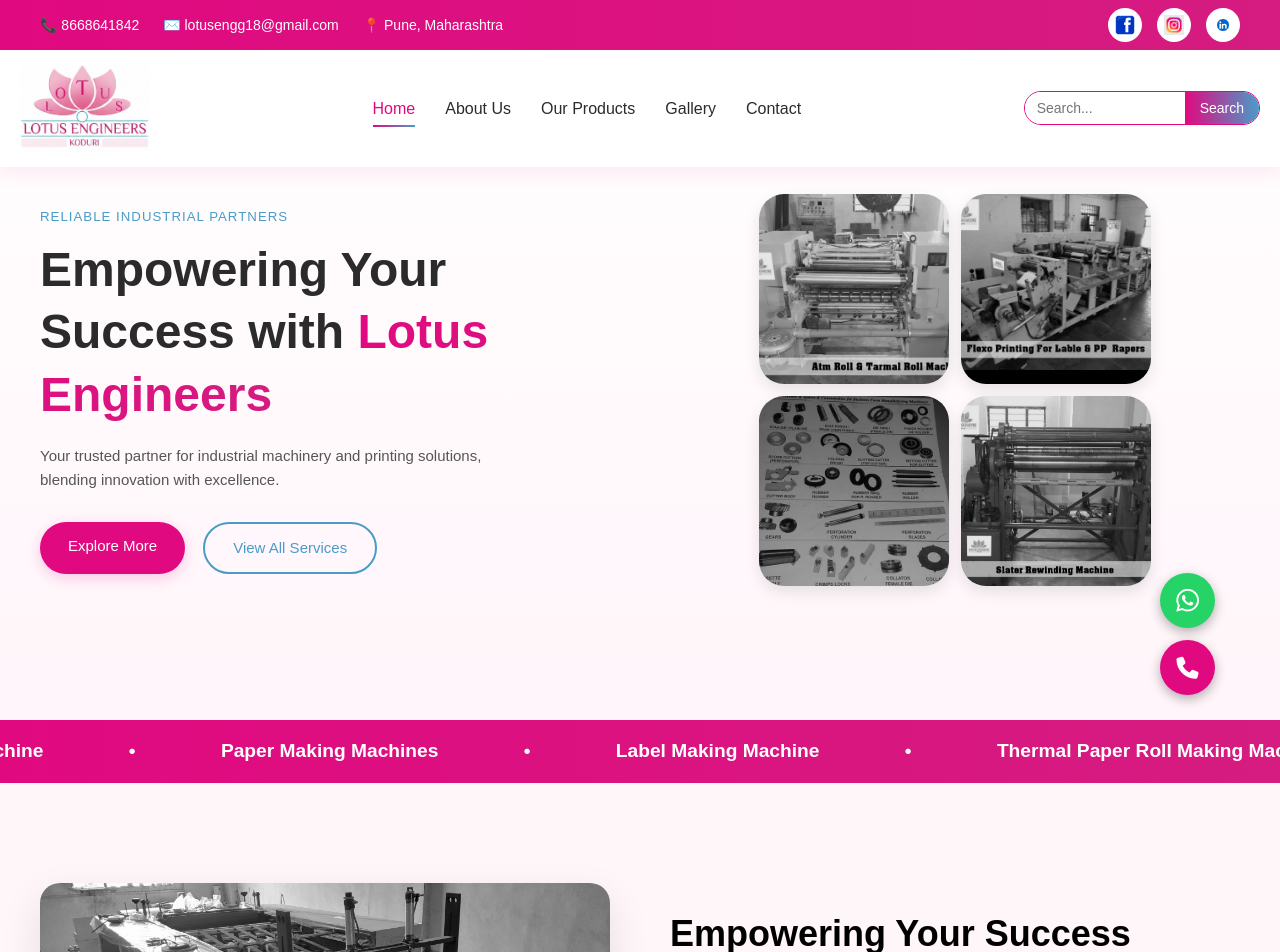
Repository: Khushichugh14/lotus-engineers
Page: index.html
The author's editor kept a copy of each file at every save. The page is drawn from the files as they stood at one save, then again after the next save.
The browser window is 1280 px wide. The pictures show the part of the page from y = 0 to 952 px (the page is 4456 px tall).
A picture or video elsewhere on the page could not be fetched, so the positions and the page height are approximate.

Above is the page before, as saved 2025-12-24 15:09:17.

### index.html
<!DOCTYPE html>
<html lang="en">

<head>
  <meta charset="UTF-8" />
  <meta name="viewport" content="width=device-width, initial-scale=1.0" />
  <title>Lotus Engineers</title>
  <link rel="stylesheet" href="style.css" />
  <script src="script.js" defer></script>
  <!-- Font Awesome Icons -->
  <link rel="stylesheet" href="navbar.css" />
  <script src="navbar.js" defer></script>
  <link rel="stylesheet" href="footer.css" />
  <link rel="stylesheet" href="https://cdnjs.cloudflare.com/ajax/libs/font-awesome/6.5.1/css/all.min.css" />


</head>

<body>




  <!-- ===== Hero Section ===== -->
  <section id="home" class="hero">
    <div class="hero-container">
      <!-- Left Content -->
      <div class="hero-left">
        <h5>Reliable Industrial Partners</h5>
        <h1>Empowering Your Success with <span>Lotus Engineers</span></h1>
        <p>
          Your trusted partner for industrial machinery and printing solutions,
          blending innovation with excellence.
        </p>
        <div class="hero-buttons">
          <a href="#products" class="btn primary">Explore More</a>
          <a href="#about" class="btn secondary">View All Services</a>
        </div>
      </div>

      <!-- Right Image Grid -->
      <div class="hero-right">
        <div class="image-grid">
          <img src="images/atm-1.jpeg.jpg" alt="">
          <img src="images/flexo-label-printing-machine (1).jpg" alt="">
          <img src="images/WhatsApp Image 2025-11-14 at 11.52.01_70df9b95.jpg" alt="">
          <img src="images/slater-.jpeg.jpg" alt="">
        </div>

      </div>
    </div>
  </section>


  <section class="product-strip">
    <div class="scrolling-wrapper">
      <div class="scrolling-content">
        <span>Cutting Machine</span>
        <span>•</span>
        <span>Printing Machine</span>
        <span>•</span>
        <span>Paper Making Machines</span>
        <span>•</span>
        <span>Label Making Machine</span>
        <span>•</span>
        <span>Thermal Paper Roll Making Machine</span>
        <span>•</span>
        <span>Flexographic Printing Machine</span>
        <span>•</span>
        <span>Slitter Rewinder Machine</span>
        <span>•</span>
        <span>Die Cutting Machine</span>
        <span>•</span>
        <span>Sheet Cutting Machine</span>
        <span>•</span>
        <span>Packaging Label Machine</span>
        <span>•</span>
        <span>Automatic Labeling Machine</span>
        <span>•</span>
        <span>Paper Cutting Machine</span>
        <span>•</span>
      </div>
    </div>
  </section>

  <!-- ===== About Us Section ===== -->
  <section id="about" class="about">
    <div class="about-container">
      <!-- LEFT SIDE IMAGES -->
      <div class="about-left">
        <div class="img-top">
          <img src="images/product-jpeg (1).jpg" alt="Team Discussion" />
        </div>
        <div class="img-bottom">
          <img src="images/rotary-die-cutting-machine.jpg" alt="Business Meeting" />
        </div>
      </div>

      <!-- RIGHT SIDE CONTENT -->
      <div class="about-right">
        <h2>Empowering Your Success<br /><span>with Digital Expertise</span></h2>
        <p>
          Established in <strong>2017</strong>, <strong>Lotus Engineers</strong> is a trusted manufacturer and supplier
          of
          <strong>A4 Size Copier Paper</strong>, <strong>Paper Cutting Machines</strong>, and
          <strong>Thermal Paper Rolls</strong>. Based in Pune, Maharashtra, we focus on
          innovation, quality, and long-term customer partnerships to deliver excellence in
          every product.
        </p>

        <div class="progress-section">
          <div class="progress-item">
            <div class="label">
              <strong>Manufacturing Excellence</strong> <span>85%</span>
            </div>
            <div class="progress-bar">
              <div class="progress" style="width: 85%"></div>
            </div>
          </div>

          <div class="progress-item">
            <div class="label">
              <strong>Innovation & Quality</strong> <span>90%</span>
            </div>
            <div class="progress-bar">
              <div class="progress" style="width: 90%"></div>
            </div>
          </div>

          <div class="progress-item">
            <div class="label">
              <strong>Customer Satisfaction</strong> <span>95%</span>
            </div>
            <div class="progress-bar">
              <div class="progress" style="width: 95%"></div>
            </div>
          </div>
        </div>
        <a href="#about-us" class="btn-about">About Us →</a>
      </div>
    </div>
  </section>

  <!-- ===== Why Choose Us Section ===== -->
  <section id="why-us" class="why-choose-us">
    <div class="wcu-container">
      <div class="wcu-left">
        <div class="finix-text">
          <h6>Transparent process</h6>
          <h2>Why people choose us</h2>
          <p>We follow a clear end‑to‑end process: consult, design, manufacture, install, and support. Timelines are
            shared upfront, quality is documented, and communication stays transparent at every step.</p>
          <div class="wcu-media">
            <img src="https://raw.githubusercontent.com/farazc60/Project-Images/main/why_choose_us.png"
              alt="Why choose us image">
          </div>
        </div>
      </div>
      <div class="wcu-right">
        <div class="wcu-features">
          <div class="feature-box">
            <div class="feature-box-content">
              <div class="fbc-btn"><span>✓</span></div>
              <h3>Quality Assurance</h3>
              <p>ISO-aligned checks, component testing, and trial runs ensure dependable performance.</p>
            </div>
          </div>
          <div class="feature-box">
            <div class="feature-box-content">
              <div class="fbc-btn"><span>⏱</span></div>
              <h3>On-time Delivery</h3>
              <p>Committed schedules backed by planned production and reliable logistics.</p>
            </div>
          </div>
          <div class="feature-box">
            <div class="feature-box-content">
              <div class="fbc-btn"><span>🛠</span></div>
              <h3>PAN‑India Service</h3>
              <p>Installation, training, and responsive after‑sales support across India.</p>
            </div>
          </div>
          <div class="feature-box active-feature">
            <div class="feature-box-content">
              <div class="fbc-btn"><span>₹</span></div>
              <h3>Transparent Pricing</h3>
              <p>Fair quotations with no hidden costs and clear total‑cost ownership.</p>
            </div>
          </div>
        </div>
      </div>
    </div>
  </section>

  <!-- ===== Products Section ===== -->
  <section id="products" class="products">
    <div class="products-head">
      <h2>Our Products</h2>
      <p>Precision-built machinery for modern manufacturing.</p>
    </div>
    <div class="product-grid premium">
      <div class="product-card glass">
        <div class="pc-img">
          <img src="images/rotary-die-cutting-machine.jpg" alt="Rotary Die Cutting Machine" />
          <span class="pc-tag">Cutting</span>
        </div>
        <div class="pc-body">
          <h3>Rotary Die Cutting</h3>
          <p>High precision, robust build, efficient throughput.</p>
        </div>
      </div>
      <div class="product-card glass">
        <div class="pc-img">
          <img src="images/paper-cutting-machine.jpeg.jpg" alt="Paper Sheet Cutting Machine" />
          <span class="pc-tag">Cutting</span>
        </div>
        <div class="pc-body">
          <h3>Paper Sheet Cutting</h3>
          <p>Reliable, fast, and safety compliant for industry.</p>
        </div>
      </div>
      <div class="product-card glass">
        <div class="pc-img">
          <img src="images/paper-slitting-machine-250x250.webp" alt="Paper Slitting Machine" />
          <span class="pc-tag">Slitting</span>
        </div>
        <div class="pc-body">
          <h3>Paper Slitting</h3>
          <p>Precision slitting with low maintenance design.</p>
        </div>
      </div>
      <div class="product-card glass">
        <div class="pc-img">
          <img src="images/flexo-label-printing-machine.jpg" alt="Flexographic Printing Machine" />
          <span class="pc-tag">Printing</span>
        </div>
        <div class="pc-body">
          <h3>Flexographic Printing</h3>
          <p>High-speed printing with consistent quality output.</p>
        </div>
      </div>
    </div>
    <div class="products-foot">
      <a href="products.html" class="btn primary">View All Products</a>
    </div>


  </section>








  <!-- ===== Testimonials Section ===== -->
  <section id="testimonials" class="testimonials">
    <h2>What Our Clients Say</h2>

    <div class="testimonial-box">

      <!-- Testimonial 1 -->
      <div class="info t1">
        <p>"Lotus Engineers provided excellent quality and timely service. Highly recommended!
          Lotus Engineers provided excellent quality and timely service. Highly recommended! "</p>
        <h4>— Ramesh Industries</h4>
        <div class="bottom-line"></div>
      </div>

      <!-- Testimonial 2 -->
      <div class="info t2">
        <p>"Their machines are durable and efficient. We’ve been long-term customers."</p>
        <h4>— Global Print Solutions</h4>
        <div class="bottom-line"></div>
      </div>

      <!-- Testimonial 3 -->
      <div class="info t3">
        <p>"Exceptional customer service and reliable machinery!"</p>
        <h4>— Sai Packaging Pvt. Ltd.</h4>
        <div class="bottom-line"></div>
    </div>
    </div>
  </section>

  <section id="floating-buttons" style="
  position: fixed;
  bottom: 25px;
  right: 25px;
  display: flex;
  flex-direction: column;
  gap: 12px;
  z-index: 9999;
">

    <!-- WhatsApp -->
    <a href="https://wa.me/7720060073" target="_blank" style="
      background:#25D366;
      width:55px;
      height:55px;
      border-radius:50%;
      display:flex;
      align-items:center;
      justify-content:center;
      box-shadow:0 4px 12px rgba(0,0,0,.3);
      color:white;
      font-size:26px;
     " title="Chat on WhatsApp">
      <i class="fa-brands fa-whatsapp"></i>
    </a>

    <!-- Call -->
    <a href="tel:9850110532" style="
      background:#e10980;
      width:55px;
      height:55px;
      border-radius:50%;
      display:flex;
      align-items:center;
      justify-content:center;
      box-shadow:0 4px 12px rgba(0,0,0,.3);
      color:white;
      font-size:22px;
     " title="Call Now">
      <i class="fa-solid fa-phone"></i>
    </a>

  </section>



</body>

</html>

### navbar.css
/* ========================== TOP BAR ========================== */
.top-bar {
  background: linear-gradient(90deg, #e10980, #d51c80);
  color: #fff;
  display: flex;
  justify-content: space-between;
  align-items: center;
  padding: 8px 40px;
  font-size: 14px;
}

.contact-info span {
  margin-right: 20px;
  display: inline-flex;
  align-items: center;
}

/* ========================== SOCIAL ICONS ========================== */
.social-icons {
  display: flex;
  align-items: center;
  gap: 15px;
}

.social-icons a {
  display: inline-flex;
  align-items: center;
  justify-content: center;
  width: 34px;
  height: 34px;
  border-radius: 50%;
  background: #fff;
  overflow: hidden;
  transition: transform 0.3s ease, box-shadow 0.3s ease;
}

.social-icons a:hover {
  transform: translateY(-3px);
  box-shadow: 0 4px 10px rgba(225, 9, 128, 0.3);
}

.social-icons img {
  width: 20px;
  height: 20px;
  object-fit: contain;
  transition: transform 0.3s ease;
}
.social-icons a:hover img { transform: scale(1.08); }


/* ========================== NAVBAR ========================== */
.navbar {
  position: fixed;
  top: 0;
  width: 100%;
  background: rgba(255, 255, 255, 0.95);
  backdrop-filter: blur(10px);
  z-index: 999;
  box-shadow: 0 4px 20px rgba(225, 9, 128, 0.1);
  transition: all 0.3s ease;
}

.nav-container {
  display: flex;
  align-items: center;
  justify-content: space-between;
  padding: 15px 20px;
  max-width: 1300px;
  margin: auto;
}

.logo img {
  width: 130px;
  transition: transform 0.3s ease;
}

.logo img:hover {
  transform: scale(1.05);
}

.nav-links {
  display: flex;
  gap: 30px;
  align-items: center;
}

.nav-links a {
  color: #2b2b2b;
  font-weight: 500;
  position: relative;
  transition: color 0.3s ease;
  text-decoration: none;
}

.nav-links a::after {
  content: "";
  position: absolute;
  bottom: -6px;
  left: 0;
  width: 0%;
  height: 2px;
  background: linear-gradient(90deg, #e10980, #499cc8);
  transition: width 0.3s ease;
}

.nav-links a:hover::after,
.nav-links a.active::after {
  width: 100%;
}



.nav-links a:hover,
.nav-links a.active {
  color: #e10980;
}

/* ====== Search Box ====== */
.search-box {
  display: flex;
  align-items: center;
  border: 1.5px solid #e10980;
  border-radius: 25px;
  overflow: hidden;
  transition: 0.3s ease;
}

.search-box input {
  padding: 8px 12px;
  border: none;
  outline: none;
  font-size: 14px;
  width: 160px;
  transition: width .25s ease;
}

.search-box:focus-within input {
  width: 320px;
}

.search-box button {
  background: linear-gradient(90deg, #e10980, #499cc8);
  color: #fff;
  border: none;
  padding: 8px 15px;
  font-size: 14px;
  cursor: pointer;
  transition: opacity 0.3s ease;
}

.search-box button:hover {
  opacity: 0.85;
}

/* ====== Mobile Menu ====== */
.menu-toggle {
  display: none;
  color: #e10980;
  font-size: 26px;
  cursor: pointer;
}

/* ====== Mobile Dropdown Menu (NO OUTER BLOCK) ====== */
@media (max-width: 1024px) {

  .menu-toggle {
    display: block;
  }

  .search-box {
    display: none;
  }

  /* Dropdown container (no background, no card) */
  .nav-links {
    display: none;
    flex-direction: column;
    position: fixed;
    top: 120px;
    left: 50%;
    transform: translateX(-50%);
    width: 90%;
    max-width: 360px;
    padding: 0;                /* 🔴 no outer padding */
    background: transparent;  /* 🔴 remove outer block */
    box-shadow: none;         /* 🔴 remove outer shadow */
    gap: 14px;
    z-index: 1000;
  }

  .nav-links.active {
    display: flex;
  }

  /* Individual menu items only */
  .nav-links a {
    display: block;
    width: 100%;
    padding: 18px;
    background: #ffffff;
    border-radius: 18px;
    font-size: 16px;
    font-weight: 500;
    color: #2b2b2b;
    text-decoration: none;
    box-shadow: 0 8px 20px rgba(0,0,0,0.08);
    transition: all 0.25s ease;
  }

  .nav-links a:hover {
    background: #f5f5f5;
  }

  .nav-links a.active {
    background: #fde8f1;
    color: #e10980;
  }

  /* Remove desktop underline animation */
  .nav-links a::after {
    display: none;
  }
}

### footer.css
/* ========================== FOOTER REDESIGN ========================== */
.footer {
  background: linear-gradient(135deg, #c7d2fe 0%, #fbcfe8 100%);
  padding: 80px 20px 40px;
  font-family: "Poppins", sans-serif;
  color: #333;
  position: relative;
  overflow: hidden;
}

.footer-container {
  max-width: 1200px;
  margin: 0 auto;
  display: grid;
  grid-template-columns: repeat(3, 1fr);
  gap: 30px;
  background: rgba(255, 255, 255, 0.4);
  backdrop-filter: blur(15px);
  padding: 40px;
  border-radius: 40px;
  border: 1px solid rgba(255, 255, 255, 0.6);
  box-shadow: 0 15px 35px rgba(0, 0, 0, 0.05);
  position: relative;
  z-index: 2;
}

/* Footer Cards */
.footer-card {
  background: #ffffff;
  padding: 30px;
  border-radius: 25px;
  box-shadow: 0 8px 20px rgba(0, 0, 0, 0.04);
  display: flex;
  flex-direction: column;
}

/* About Card */
.footer-logo-container {
  margin-bottom: 20px;
}

.footer-logo-container img {
  max-height: 60px;
  border-radius: 8px;
}

.footer-about p {
  font-size: 14px;
  line-height: 1.6;
  color: #555;
  margin-bottom: 20px;
}

.footer-social {
  display: flex;
  gap: 12px;
  margin-top: auto;
}

.footer-social a {
  width: 40px;
  height: 40px;
  background: #e10980;
  color: #fff;
  border-radius: 50%;
  display: flex;
  align-items: center;
  justify-content: center;
  font-size: 16px;
  transition: transform 0.3s ease, background 0.3s ease;
  text-decoration: none;
}

.footer-social a:hover {
  transform: translateY(-3px);
  background: #c1076d;
}

/* Quick Links Card */
.footer-links h4 {
  color: #e10980;
  font-size: 18px;
  font-weight: 700;
  margin-bottom: 20px;
  position: relative;
}

.footer-links ul {
  list-style: none;
  padding: 0;
}

.footer-links li {
  margin-bottom: 12px;
}

.footer-links a {
  color: #555;
  text-decoration: none;
  font-size: 15px;
  transition: color 0.3s ease;
}

.footer-links a:hover {
  color: #e10980;
}

/* Contact Card */
.footer-contact h4 {
  color: #e10980;
  font-size: 18px;
  font-weight: 700;
  margin-bottom: 20px;
}

.footer-contact p {
  font-size: 14px;
  line-height: 1.6;
  color: #555;
  margin-bottom: 15px;
}

.footer-contact a {
  color: #0ea5e9;
  text-decoration: none;
}

.footer-contact a:hover {
  text-decoration: underline;
}

/* Footer Bottom */
.footer-bottom {
  text-align: center;
  margin-top: 50px;
  padding-top: 20px;
  border-top: 1px solid rgba(225, 9, 128, 0.2);
  font-size: 13px;
  color: #555;
}

.footer-bottom .dev-name {
  color: #e10980;
  font-weight: 600;
}

/* Responsive */
@media (max-width: 1024px) {
  .footer-container {
    grid-template-columns: repeat(2, 1fr);
  }
}

@media (max-width: 768px) {
  .footer {
    padding: 60px 15px 30px;
  }
  .footer-container {
    grid-template-columns: 1fr;
    padding: 25px;
    border-radius: 30px;
    gap: 20px;
  }
  .footer-card {
    padding: 20px;
  }
}

/* ==========================
   RESPONSIVE – FOOTER
========================== */

@media (max-width: 1024px) {
  .footer-container {
    grid-template-columns: repeat(2, 1fr);
  }
}

@media (max-width: 768px) {
  .footer-container {
    grid-template-columns: 1fr;
    text-align: center;
  }

  .footer-social {
    justify-content: center;
  }
}

### navbar.html
<!-- ===================== NAVBAR COMPONENT ===================== -->
<header class="navbar">
  <!-- ===== Top Bar ===== -->
   <div class="mobile-backdrop">
    <div class="top-bar">
    <div class="contact-info">
      <span>📞 8668641842</span>
      <span>✉️ lotusengg18@gmail.com</span>
      <span>📍 Pune, Maharashtra</span>
    </div>

    <div class="social-icons">
      <a href="https://www.facebook.com/" target="_blank">
        <img src="images/facebook.png" alt="Facebook" />
      </a>
      <a href="https://www.instagram.com/" target="_blank">
        <img src="images/insta.avif" alt="Instagram" />
      </a>
      <a href="https://www.linkedin.com/" target="_blank">
        <img src="images/linkedin.webp" alt="LinkedIn" />
      </a>
    </div>
  </div>

  <!-- ===== Main Navbar ===== -->
  <div class="nav-container">
    <div class="logo">
      <img src="icons/logo.jpg" alt="Lotus Engineers Logo" />
    </div>

    <nav class="nav-links hidden" id="nav-links">
      <a href="index.html" >Home</a>
      <a href="about.html" >About Us</a>
      <a href="products.html" >Our Products</a>
      <a href="gallery.html" >Gallery</a>
      <a href="contact.html" >Contact</a>
    </nav>

    <div class="search-box">
      <input type="text" placeholder="Search..." />
      <button>Search</button>
    </div>

    <div class="menu-toggle" id="menu-toggle">&#9776;</div>
  </div>
   </div>

</header>

### footer.html
<html lang="en">

<head>
  <meta charset="UTF-8">
  <meta name="viewport" content="width=device-width, initial-scale=1.0">
  <title>Document</title>
</head>

<body>
  <!-- footer.html -->
  <footer class="footer">
    <div class="footer-container">
      <!-- About Card -->
      <div class="footer-card footer-about">
        <div class="footer-logo-container">
          <img src="icons/logo.jpg" alt="Lotus Engineers Logo" />
        </div>
        <p>
          <strong>Lotus Engineers</strong> — Manufacturer and Supplier of high-quality
          cutting and printing machinery, based in Pune, Maharashtra.
        </p>
        <div class="footer-social">
          <a href="#" target="_blank"><i class="fa-brands fa-facebook-f"></i></a>
          <a href="#" target="_blank"><i class="fa-brands fa-instagram"></i></a>
          <a href="#" target="_blank"><i class="fa-brands fa-linkedin-in"></i></a>
        </div>
      </div>

      <!-- Links Card -->
      <div class="footer-card footer-links">
        <h4>Quick Links</h4>
        <ul>
          <li><a href="index.html">Home</a></li>
          <li><a href="about.html">About</a></li>
          <li><a href="products.html">Products</a></li>
          <li><a href="contact.html">Contact</a></li>
        </ul>
      </div>

      <!-- Contact Card -->
      <div class="footer-card footer-contact">
        <h4>Contact Us</h4>
        <div class="contact-info">
          <p>Lotus Engineers Survey No. 30/27, Milkat No. 5/558, Dambar Plant Road, Dhayri Pune - 411041, Maharashtra,
            India</p>
          <p><strong>Call:</strong><br />
            <a href="tel:8688005711">8688005711</a><br />
            <a href="tel:9823386085">9823386085</a>
          </p>
          <p><strong>Email:</strong> <a href="mailto:info@lotusengineers.in">info@lotusengineers.in</a></p>
        </div>
      </div>
    </div>

    <div class="footer-bottom">
      <p>Developed by <span class="dev-name">DWI</span> © 2025 <strong>Lotus Engineers</strong>. All Rights Reserved.
      </p>
    </div>
  </footer>
</body>

</html>

Loaded but not shown: navbar.js (63 lines, source omitted); script.js (26 lines, source omitted); style.css (1039 lines, source omitted)

After the next save:
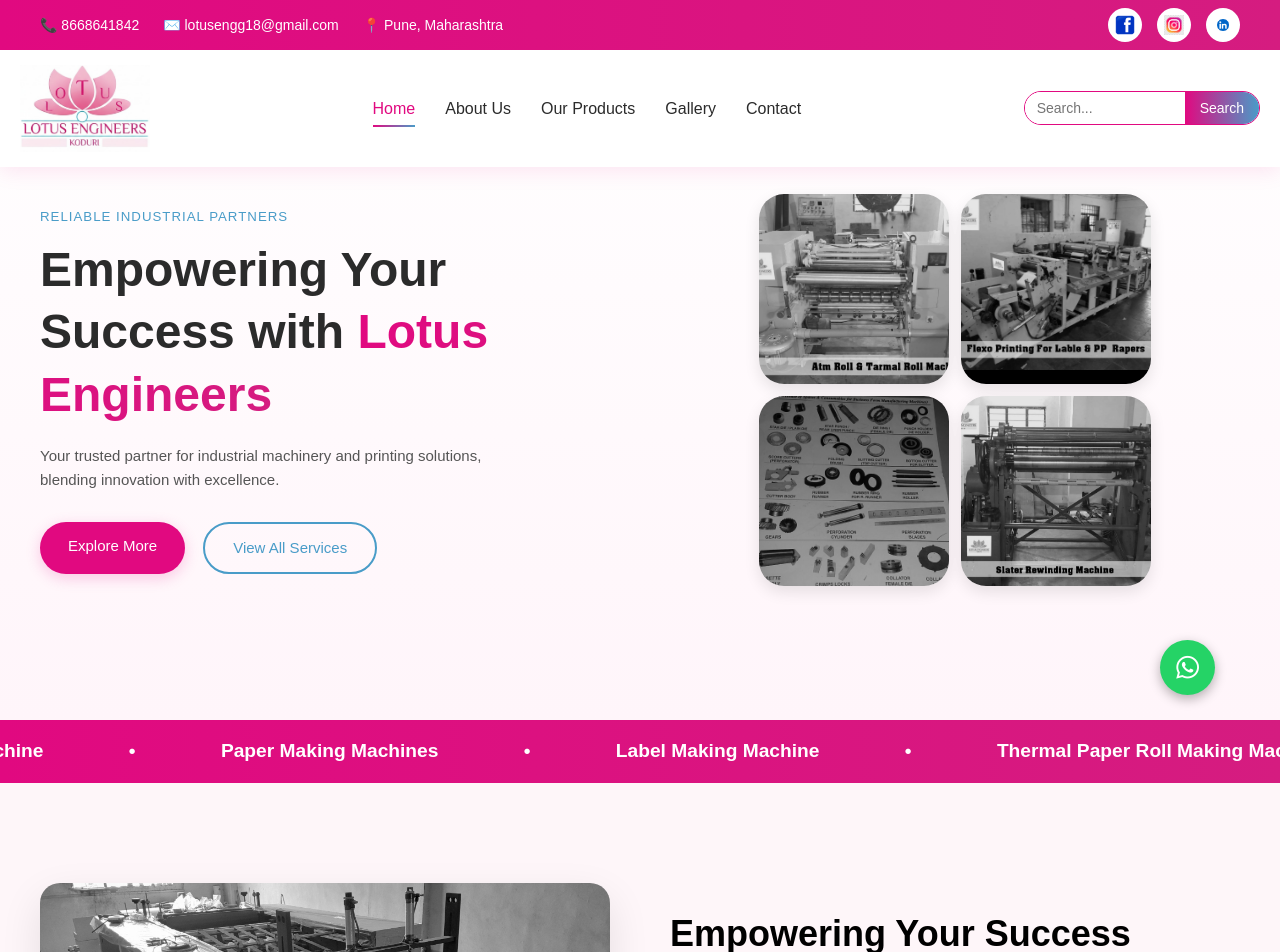
Saved 12 s later.
--- a/index.html
+++ b/index.html
@@ -309,22 +309,24 @@
       <i class="fa-brands fa-whatsapp"></i>
     </a>
 
-    <!-- Call -->
-    <a href="tel:9850110532" style="
-      background:#e10980;
-      width:55px;
-      height:55px;
-      border-radius:50%;
-      display:flex;
-      align-items:center;
-      justify-content:center;
-      box-shadow:0 4px 12px rgba(0,0,0,.3);
-      color:white;
-      font-size:22px;
-     " title="Call Now">
-      <i class="fa-solid fa-phone"></i>
-    </a>
-
+    <!-- Back to Top -->
+<button id="backToTop" title="Back to Top" style="
+  background:#e10980;
+  width:55px;
+  height:55px;
+  border-radius:50%;
+  display:flex;
+  align-items:center;
+  justify-content:center;
+  box-shadow:0 4px 12px rgba(0,0,0,.3);
+  color:white;
+  font-size:22px;
+  border:none;
+  cursor:pointer;
+  display:none;
+">
+  <i class="fa-solid fa-arrow-up"></i>
+</button>
   </section>
 
 
